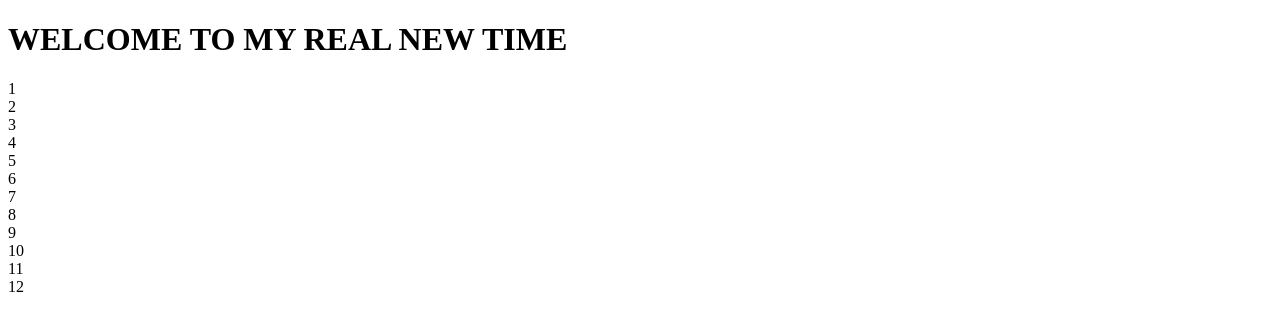
Repository: changkuothpur/create-my-watch
Page: watch.html
The author's editor kept a copy of each file at every save. The page is drawn from the files as they stood at one save, then again after the next save.
The browser window is 1280 px wide. The pictures show the whole page.

Above is the page before, as saved 2024-04-24 11:01:00.

After the next save:
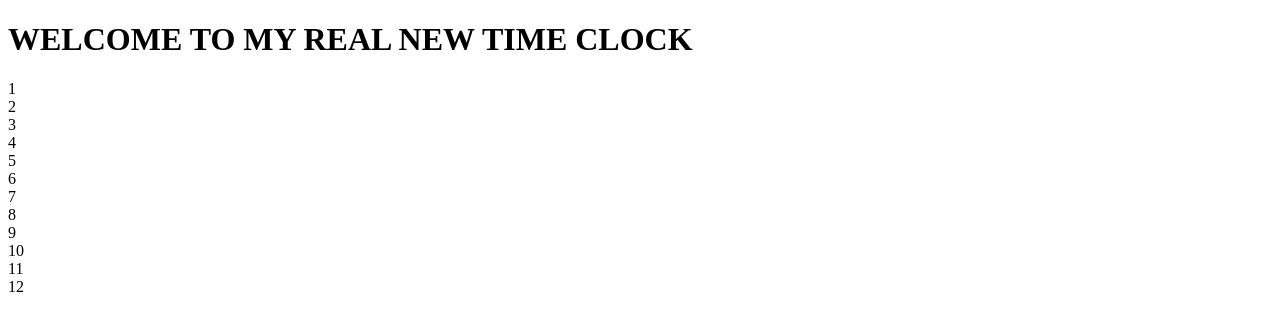
Saved 4 s later.
--- a/watch.html
+++ b/watch.html
@@ -5,7 +5,7 @@
     <meta name="viewport" content="width=device-width, initial-scale=1.0">
     <title>cLock</title>
 </head>
-<h1 class="header"> WELCOME TO MY REAL NEW TIME </h1>
+<h1 class="header"> WELCOME TO MY REAL NEW TIME CLOCK</h1>
 <body>
     <div class="clock">
 <div class="hand hour" data-hour-hand></div>
